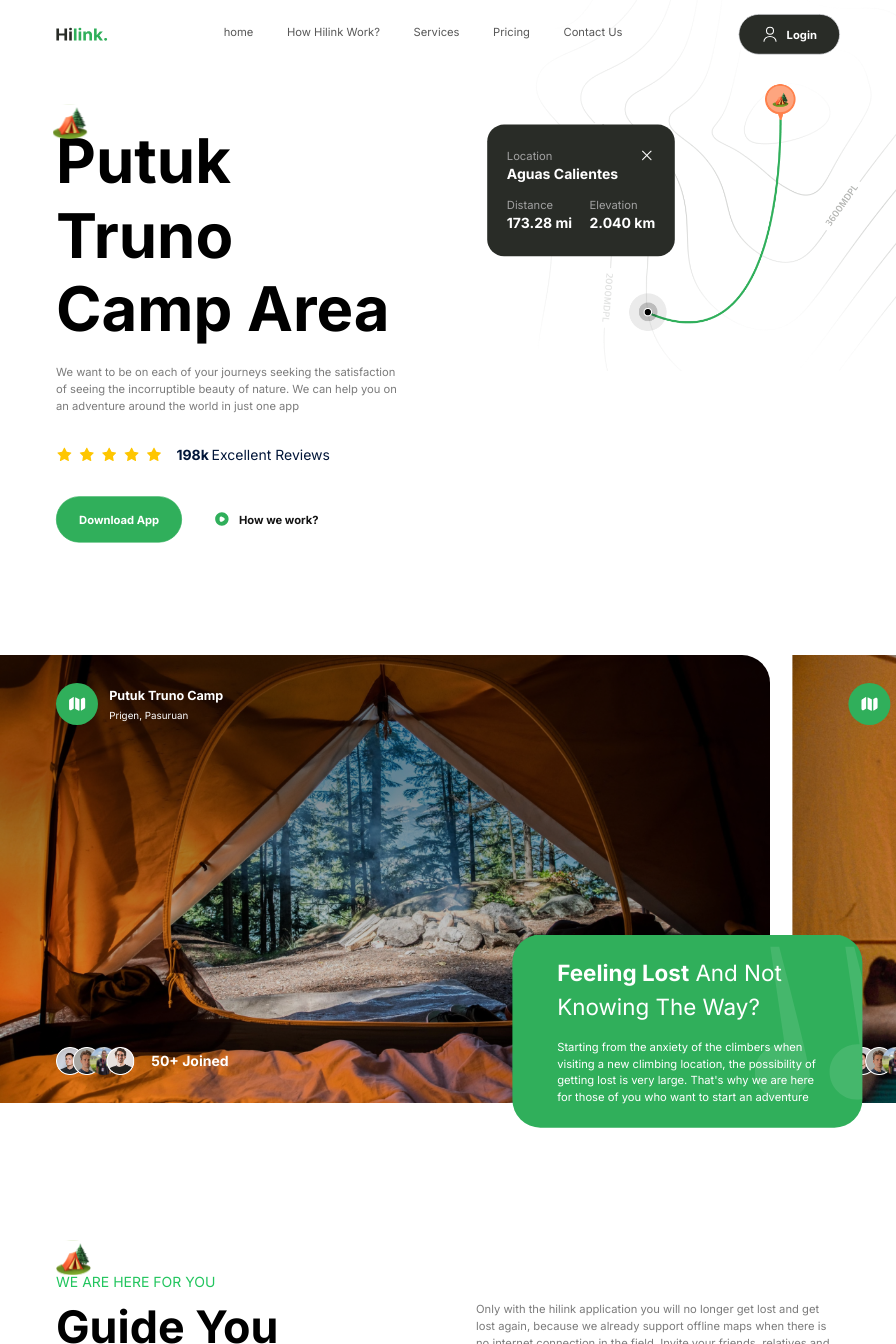
Repository: abdulrahmanmahmood/Travel-App
Page: /
The author's editor kept a copy of each file at every save. The page is drawn from the files as they stood at one save, then again after the next save.
The browser window is 1280 px wide. The pictures show the part of the page from y = 0 to 1920 px (the page is 4955 px tall), at 70% of full size.
The project was rebuilt for these pictures with package versions that can differ from the ones it lists, and the page was loaded fresh each time. The framework's server and built-in components were replaced by stand-ins that run in the browser. Also part of the build but not shown: next.config.js.

Above is the page before, as saved 2023-11-10 11:26:04.

### app/layout.tsx
import './globals.css'
import type { Metadata } from 'next';
import './globals.css'
import Navbar from '@/components/Navbar';
import Footer from '@/components/Footer';


export const metadata: Metadata = {
  title: 'Travel',
  description: 'Travel UI/UX App for camping',
}

export default function RootLayout({
  children,
}: {
  children: React.ReactNode
}) {
  return (
    <html lang="en">
      <body >
        <Navbar/>
        {children}
        <Footer/>
      </body>
    </html>
  )
}

### app/page.tsx
import Features from "@/components/Features"
import GetApp from "@/components/GetApp"
import Guide from "@/components/Guide"
import Hero from "@/components/Hero"
import Camp from "@/components/camp"

export default function Home() {
  return (
    <>
    <Hero/>
    <Camp/>
    <Guide/>
    <Features/>
    <GetApp/>
 </>
  )
}

### app/globals.css
@import url('https://fonts.googleapis.com/css2?family=Inter:wght@400;500;600;700;800&display=swap');

@tailwind base;
@tailwind components;
@tailwind utilities;

* {
  margin: 0;
  padding: 0;
  box-sizing: border-box;
}

body {
  font-family: Inter;
}

@layer utilities {
  .btn_white {
    @apply  border-white bg-white px-8 py-3 text-green-50
  }
  .btn_white_text  {
    @apply  border-white bg-white px-8 py-3 text-gray-90
  }
  .btn_green  {
    @apply  border-green-50 bg-green-50 px-8 py-5 text-white
  }
  .btn_dark_green {
    @apply  bg-green-90 px-8 py-4 text-white transition-all hover:bg-black
  }
  .btn_dark_green_outline  {
    @apply border-gray-20 bg-green-90 px-8 py-5 text-white
  }

  .max-container {
    @apply mx-auto max-w-[1440px];
  }

  .padding-container {
    @apply px-6 lg:px-20 3xl:px-0;
  }

  .flexCenter {
    @apply flex items-center justify-center;
  }

  .flexBetween {
    @apply flex items-center justify-between;
  }

  .flexStart {
    @apply flex items-center justify-start;
  }

  .flexEnd {
    @apply flex items-center justify-end;
  }

  /* FONTS */
  .regular-64 {
    @apply text-[64px] font-[400] leading-[120%];
  }

  .regular-40 {
    @apply text-[40px] font-[400] leading-[120%];
  }

  .regular-32 {
    @apply text-[32px] font-[400];
  }

  .regular-24 {
    @apply text-[24px] font-[400];
  }

  .regular-20 {
    @apply text-[20px] font-[400];
  }

  .regular-18 {
    @apply text-[18px] font-[400];
  }

  .regular-16 {
    @apply text-[16px] font-[400];
  }

  .regular-14 {
    @apply text-[14px] font-[400];
  }

  .medium-14 {
    @apply text-[14px] font-[600];
  }

  .bold-88 {
    @apply text-[88px] font-[700] leading-[120%];
  }

  .bold-64 {
    @apply text-[64px] font-[700] leading-[120%];
  }

  .bold-52 {
    @apply text-[52px] font-[700] leading-[120%];
  }

  .bold-40 {
    @apply text-[40px] font-[700] leading-[120%];
  }

  .bold-32 {
    @apply text-[32px] font-[700] leading-[120%];
  }

  .bold-20 {
    @apply text-[20px] font-[700];
  }

  .bold-18 {
    @apply text-[18px] font-[700];
  }

  .bold-16 {
    @apply text-[16px] font-[700];
  }

  /* Hero */
  .hero-map {
    @apply absolute right-0 top-0 h-screen w-screen bg-pattern-2 bg-cover bg-center md:w-[800px] md:-right-0 md:mt-[50px] xl:-top-60;
  }

  /* Camp */
  .camp-quote {
    @apply absolute -right-6 bottom-4 w-[140px] lg:bottom-10 xl:-right-8 xl:w-[186px] 3xl:right-0;
  }

  /* Feature */
  .feature-phone {
    @apply absolute top-[13%] z-10 hidden max-w-[1500px] rotate-[15deg] md:-left-16 lg:flex  3xl:left-20;
  }

  /* Get App */
  .get-app {
    @apply max-container relative flex w-full  flex-col justify-between gap-32 overflow-hidden bg-green-90 bg-pattern bg-cover bg-center bg-no-repeat px-6 py-12 text-white sm:flex-row sm:gap-12 sm:py-24 lg:px-20 xl:max-h-[598px] 2xl:rounded-5xl;
  }
}

/* Hide scrollbar for Chrome, Safari and Opera */
.hide-scrollbar::-webkit-scrollbar {
  display: none;
}

/* Hide scrollbar for IE, Edge and Firefox */
.hide-scrollbar {
  -ms-overflow-style: none; /* IE and Edge */
  scrollbar-width: none; /* Firefox */
}

### components/Navbar.tsx
import { NAV_LINKS } from "@/constants";
import Image from "next/image";
import Link from "next/link";
import Button from "./Button";

const Navbar = () => {
  return (
    <nav
      className=" flexBetween max-container padding-container relative z-30
    py-5"
    >
      <Link href="/">
        <Image src="/hilink-logo.svg" alt="logo" width={74} height={28} />
      </Link>


      <ul className="flex flex-row flex-wrap gap-5 lg:gap-12">
        {NAV_LINKS.map((link) => (
          <Link
            href={link.href}
            key={link.key}
            className="regular-16 text-gray-50 flexCenter cursor-pointer pb-1.5 transition-all hover:font-bold"
          >
            {link.label}
          </Link>
        ))}
      </ul>
      <div className="lg:flexCenter   ">
        <Button
          type="button"
          title="Login"
          icon="/user.svg"
          variant="btn_dark_green"
        />
      </div>
    </nav>
  );
};


export default Navbar;

### components/Footer.tsx
import { FOOTER_CONTACT_INFO, FOOTER_LINKS, SOCIALS } from "@/constants";
import Image from "next/image";
import Link from "next/link";
import React from "react";

const Footer = () => {
  return (
    <footer className="flexCenter mb-24 ">
      <div className="padding-container max-container flex w-full flex-col gap-14 ">
        <div className="flex flex-col items-start justify-center gap-[10%] md:flex-row ">
          <Link href="/" className="mb-10">
            <Image src="hilink-logo.svg" alt="logo" width={74} height={29} />
          </Link>
          <div className="flex flex-wrap gap-10 sm:justify-between md:flex-1">
            {FOOTER_LINKS.map((columns) => (
              <FooterColumn title={columns.title}>
                <ul className="regular-14 flex flex-col gap-4 text-gray-30">
                  {columns.links.map((link) => (
                    <Link href="/" key={link}>
                      {link}
                    </Link>
                  ))}
                </ul>
              </FooterColumn>
            ))}

            <div className="flex flex-col gap-5">
                    <FooterColumn title={FOOTER_CONTACT_INFO.title}>
                      {FOOTER_CONTACT_INFO.links.map((link)=>(
                        <Link href='/' key={link.label} className="flex gap-4 md:flex-col lg:flex-row">
                        <p className="whitespace-nowrap">
                          {link.label}:
                        </p>
                        <p className="medium-14 whitespace-nowrap text-blue-70">{link.value}</p>
                        </Link>
                      ))}
                    </FooterColumn>
            </div>
            <div className="flex flex-col gap-5 ">
                      <FooterColumn title={SOCIALS.title}>
                          <ul className="regular-14 flex gap-4 text-gray-30">
                            {SOCIALS.links.map((link)=>(
                              <Link href='link' key={link}>
                                <Image src={link} alt="logo" width={24} height={24}/>
                              </Link>
                            ))}
                          </ul>
                      </FooterColumn>
            </div>
          </div>
        </div>
        <div className="border bg-gray-20 "/>
        <p className="regular-14 w-full text-center text-gray-30">2023 Hilink | All rights reserved</p>
      </div>
    </footer>
  );
};
type FooterColumnProps = {
  title: string;
  children: React.ReactNode;
};

const FooterColumn = ({ title, children }: FooterColumnProps) => {
  return (
    <div className="flex flex-col gap-5 ">
      <h4 className="bold-18 whitespace-nowrap">{title}</h4>
      {children}
    </div>
  );
};

export default Footer;

### components/Features.tsx
import { FEATURES } from "@/constants";
import Image from "next/image";
import { title } from "process";

function Features() {
  return (
    <section className=" flex-col  flexCenter overflow-hidden bg-feature-bg bg-center bg-no-repeat py-24">
      <div className="flex max-container padding-container relative w-full justify-end">
        <div className="flex flex-1 lg:min-h-[900px]">
          <Image
            src="/phone.png"
            alt="phone"
            height={1000}
            width={440}
            className="feature-phone"
          />
        </div>
        <div className="z-20 flex w-full flex-col  lg:w-[60%]">
          <div className="relative ">
            <Image
              src="/camp.svg"
              alt="camp"
              width={50}
              height={50}
              className="absolute top-[-30px] left-[5px] w-10 lg:w-[50px]"
            />
            <h2 className="bold-40 lg:bold-64 -mt-1">Our Features</h2>
          </div>
          <ul className="mt-10 grid gap-10 md:grid-cols-2 lg:mt-20 lg:gap-20 ">
            {FEATURES.map((feature) => (
              <FeatureItem
                key={feature.title}
                icon={feature.icon}
                title={feature.title}
                description={feature.description}
              />
            ))}
          </ul>
        </div>
      </div>
    </section>
  );
}
type FeatureItem = {
  title: string;
  icon: string;
  description: string;
};

const FeatureItem = ({ title, icon, description }: FeatureItem) => {
  return(
  <li className="flex w-full flex-1 flex-col items-start">
    <div className="rounded-full p-4 lg:p-7 bg-green-50">
      <Image src={icon} alt="featureItemImage" width={28} height={28}/>
    </div>
    <h2 className="bold-20 lg:bold-32  mt-5 capitalize">{title}</h2>
    <p className="regular-16 mt-5 bg-white/80 text-gray-30 lg:mt-[30px] lg:bg-none">{description}</p>
  </li>)
};

export default Features;

### components/GetApp.tsx
import Image from "next/image";
import Button from "./Button";

function GetApp() {
  return (
    <section className="flexCenter w-full flex-col pb-[100px]">
      <div className="get-app">
        <div className=" z-20 flex w-full flex-1 flex-col items-start justify-center gap-12">
          <h2 className="bold-40 lg:bold-64 xl:max-w-[320px]">
            Get for free now!{" "}
          </h2>
          <p className="regular-16 text-gray-10">
            Available on iOS and Android
          </p>
          <div className="flex w-full flex-col gap-3 whitespace-nowrap xl:flex-row">
            <Button
              type="button"
              title="App Store"
              variant="btn_white"
              icon="/apple.svg"
              full
            />
            <Button
              type="button"
              title="Play Store "
              variant="btn_dark_green_outline"
              icon="/android.svg"
              full
            />
          </div>
        </div>
        <div className="flex flex-1 items-center justify-end">
          <Image src='/phones.png' alt="phones" width={550} height={870}/>
        </div>
      </div>
    </section>
  );
}

export default GetApp;

### components/Guide.tsx
import Image from "next/image";

function Guide() {
  return (
    <section className="flexCenter flex-col">
      <div className=" padding-container max-container w-full pb-24  ">
        <Image src="/camp.svg" alt="camp" width={50} height={50} />
        <p className="uppercase text-xl bold text-green-500 -mt-1 mb-3 ">
          WE ARE here FOR YOU
        </p>
        <div className="flex flex-wrap justify-between gap-5 lg:gap-10">
          <h2 className="capitalize  bold-40 lg:bold-64 xl:max-w-[390px]">
            Guide You to Easy Path
          </h2>
          <p className=" regular-16 text-gray-30 xl:max-w-[520px]">
            Only with the hilink application you will no longer get lost and get
            lost again, because we already support offline maps when there is no
            internet connection in the field. Invite your friends, relatives and
            friends to have fun in the wilderness through the valley and reach
            the top of the mountain
          </p>
        </div>
      </div>
      <div className=" flexCenter max-container relative w-full ">
        <Image
          src="/boat.png"
          alt="image"
          width={1440}
          height={580}
          className="w-full object-cover object-center 2xl:rounded-5"
        />
        <div className="absolute flex bg-white py-8 pl-5 pr-7 gap-3 rounded-3xl border shadow-md md:left-[5%] lg:top-20">
          <Image src='/meter.svg' alt="meter" width={15} height={158} className="h-full w-auto"/>
          <div className="flexBetween flex-col ">
            <div className="flex w-full flex-col">
              <div className="flexBetween w-full ">
                <p className="regular-16 text-gray-500">Destination</p>
                <p className="bold-16 text-green-50">48 min</p>
              </div>
              <p className="bold-20 mt-2 mb-2 ">Aguas Calientes</p>
            </div>
            <div className="flex w-full flex-col">
              <p className="regular-16 text-gray-500 mt-4">Start track</p>
              <h4 className="bold-20 mt-2 whitespace-nowrap">Wonorejo Pasuruan</h4>
            </div>
          I</div>
        </div>
      </div>
    </section>
  );
}

export default Guide;

### components/Hero.tsx
import Image from "next/image";
import Button from "./Button";

function Hero() {
  return (
    <section className="max-container padding-container flex flex-col gap-20 py-10 pb-32 md:gap-28 lg:py-20 xl:flex-row">
      {/* LEFT */}
      <div className="hero-map " />

      <div className="relative z-20 flex flex-1 flex-col xl:w-1/2">
        <Image
          src="/camp.svg"
          alt="camp"
          width={50}
          height={50}
          className="absolute left-[-5px] top-[-30px] w-10 lg:w-[50px]"
        />
        <h1 className="bold-52 lg:bold-88">Putuk Truno Camp Area</h1>
        <p className="regular-16 mt-6 text-gray-30 xl:max-w-[520px]">
          We want to be on each of your journeys seeking the satisfaction of
          seeing the incorruptible beauty of nature. We can help you on an
          adventure around the world in just one app
        </p>
        <div className="my-11 flex flex-wrap gap-5">
          <div className="flex items-center gap-2">
            {Array(5)
              .fill(1)
              .map((_, index) => (
                <Image
                  key={index}
                  src="/star.svg"
                  alt="star"
                  width={24}
                  height={24}
                />
              ))}
          </div>
          <p className="bold-16 lg:bold-20 text-blue-70">
            198k
            <span className="regular-16 lg:regular-20 ml-1 ">
              Excellent Reviews
            </span>
          </p>
        </div>
        <div className="flex flex-col w-full gap-3 sm:flex-row">
          <Button
            type={"button"}
            title={"Download App"}
            variant={"btn_green"}
          />
          <Button
            type={"button"}
            title={"How we work?"}
            variant={"btn_white_text"}
            icon="/play.svg"
          />
        </div>
      </div>

      <div className="relative flex flex-1 items-start ">
        <div className="relative z-20 w-[268px] flex-col gap-8 rounded-3xl bg-green-90 px-7 py-8">
          <div className="fle flex-col">
            <div className="flexBetween">
              <p className="regular-16 text-gray-20">Location</p>
              <Image src="/close.svg" alt="close" width={24} height={24} />
            </div>
            <p className="bold-20 text-white">Aguas Calientes</p>
          </div>

          <div className="flexBetween  pt-4">
            <div className="flex flex-col">
              <p className="regular-16 block text-gray-20">Distance</p>
              <p className="bold-20 text-white">173.28 mi</p>
            </div>
            <div className="flex flex-col">
              <p className="regular-16 block text-gray-20">Elevation</p>
              <p className="bold-20 text-white">2.040 km</p>
            </div>
          </div>
        </div>
      </div>
    </section>
  );
}

export default Hero;

### components/camp.tsx
import { PEOPLE_URL } from "@/constants";
import Image from "next/image";
import { type } from "os";

interface CampProps {
  backgroundImage: string;
  title: string;
  subtitle: string;
  peoplejoined: string;
}

const CampSite = ({
  backgroundImage,
  title,
  subtitle,
  peoplejoined,
}: CampProps) => {
  return (
    <div
      className={`h-full w-full min-w-[1100px] ${backgroundImage} bg-cover bg-no-repeat lg:rounded-r-5xl 2xl:rounded-5xl `}
    >
      <div className="flex h-full flex-col items-start justify-between p-6 lg:px-20 lg:py-10 ">
        <div className=" flexCenter gap-4">
          <div className="rounded-full bg-green-50 p-4">
            <Image src="/folded-map.svg" alt="folded" height={28} width={28} />
          </div>
          <div className="flex flex-col gap-1">
            <h4 className="bold-18 text-white">{title}</h4>
            <p className="regular-14 text-white">{subtitle}</p>
          </div>
        </div>
        <div className="flexCenter gap-6 ">
          <span className="flex -space-x-4 overflow-hidden">
            {PEOPLE_URL.map((url, index) => (
              <Image
                src={url}
                key={index}
                height={53}
                width={53}
                alt="alt"
                className="inline-block h-10 w-10 r-4"
              />
            ))}
          </span>
          <p className="bold-16 md:bold-20 text-white">{peoplejoined}</p>
        </div>
      </div>
    </div>
  );
};

function camp() {
  return (
    <section className=" 2xl:max-container relative flex flex-col py-10 lg-mb-10 lg:py-20 xl:mb-20">
      <div className="hide-scrollbar flex h-[340px] w-full items-start justify-start gap-8 overflow-x-auto lg:h[400px] xl:h-[640px]">
        <CampSite
          backgroundImage="bg-bg-img-1"
          title="Putuk Truno Camp"
          subtitle="Prigen, Pasuruan"
          peoplejoined="50+ Joined"
        />
        <CampSite
          backgroundImage="bg-bg-img-2"
          title="Mountain View Camp"
          subtitle="Somewhere in the Wilderness"
          peoplejoined="50+ Joined"
        />
      </div>

      <div className=" flexEnd  mt-10 px-6 lg:-mt-60 lg:mr-6 ">
        <div
          className="bg-green-50 p-8 lg:max-w-[500px] xl:max-[734px]
        xl:rounded-5xl xl:px-16 px:py-20 relative w-full overflow-hidden rounded-3xl "
        >
          <h2 className="regular-24 md:regular-32 2xl:regular-64 text-white capitalize">
            <strong>Feeling Lost</strong> And Not Knowing The Way?
          </h2>
          <p className="regular-14 xl:regular-16 mt-5 text-white">
            Starting from the anxiety of the climbers when visiting a new
            climbing location, the possibility of getting lost is very large.
            That's why we are here for those of you who want to start an
            adventure
          </p>
          <Image
            src="/quote.svg"
            alt="camp-2"
            width={186}
            height={219}
            className="camp-quote"
          />
        </div>
      </div>
    </section>
  );
}

export default camp;

### constants/index.ts
export const NAV_LINKS = [
  {href:"/", key:"home", label:"home"},
  { href: '/', key: 'how_hilink_work', label: 'How Hilink Work?' },
  { href: '/', key: 'services', label: 'Services' },
  { href: '/', key: 'pricing ', label: 'Pricing ' },
  { href: '/', key: 'contact_us', label: 'Contact Us' },
]

export const PEOPLE_URL = [
  '/person-1.png',
  '/person-2.png',
  '/acpc-modified (1).png',
  '/person-4.png',
];


export const FEATURES = [
  {
    title: 'Real maps can be offline',
    icon: '/map.svg',
    variant: 'green',
    description:
      'We provide a solution for you to be able to use our application when climbing, yes offline maps you can use at any time there is no signal at the location',
  },
  {
    title: 'Set an adventure schedule',
    icon: '/calendar.svg',
    variant: 'green',
    description:
      "Schedule an adventure with friends. On holidays, there are many interesting offers from Hilink. That way, there's no more discussion",
  },
  {
    title: 'Technology using augment reality',
    icon: '/tech.svg',
    variant: 'green',
    description:
      'Technology uses augmented reality as a guide to your hiking trail in the forest to the top of the mountain. Already supported by the latest technology without an internet connection',
  },
  {
    title: 'Many new locations every month',
    icon: '/location.svg',
    variant: 'orange',
    description:
      'Lots of new locations every month, because we have a worldwide community of climbers who share their best experiences with climbing',
  },
];


export const FOOTER_LINKS = [
  {
    title: 'Learn More',
    links: [
      'About Hilink',
      'Press Releases',
      'Environment',
      'Jobs',
      'Privacy Policy',
      'Contact Us',
    ],
  },
  {
    title: 'Our Community',
    links: ['Climbing xixixi', 'Hiking hilink', 'Hilink kinthill'],
  },
];

export const FOOTER_CONTACT_INFO = {
  title: 'Contact Us',
  links: [
    { label: 'Admin Officer', value: '123-456-7890' },
    { label: 'Email Officer', value: 'hilink@akinthil.com' },
  ],
};

export const SOCIALS = {
  title: 'Social',
  links: [
    '/facebook.svg',
    '/instagram.svg',
    '/twitter.svg',
    '/youtube.svg',
    '/wordpress.svg',
  ],
};

### components/Button.tsx
import Image from "next/image";

type ButtonProps = {
  type: "button" | "submit";
  title: string;
  icon?: string;
  variant: string;
  full?:boolean;
};

function Button({ type, title, icon, variant, full }: ButtonProps) {
  return (
    <button
      type={type}
      className={`flexCenter gap-3 rounded-full border ${variant} ${full && 'w-full'}`}
    >
      {icon && <Image src={icon} alt={title} width={24} height={24} />}
      <label className="bold-16 whitespace-nowrap cursor-pointer">{title}</label>
    </button>
  );
}

export default Button;

Loaded but not shown: tailwind.config.ts (common file)

After the next save:
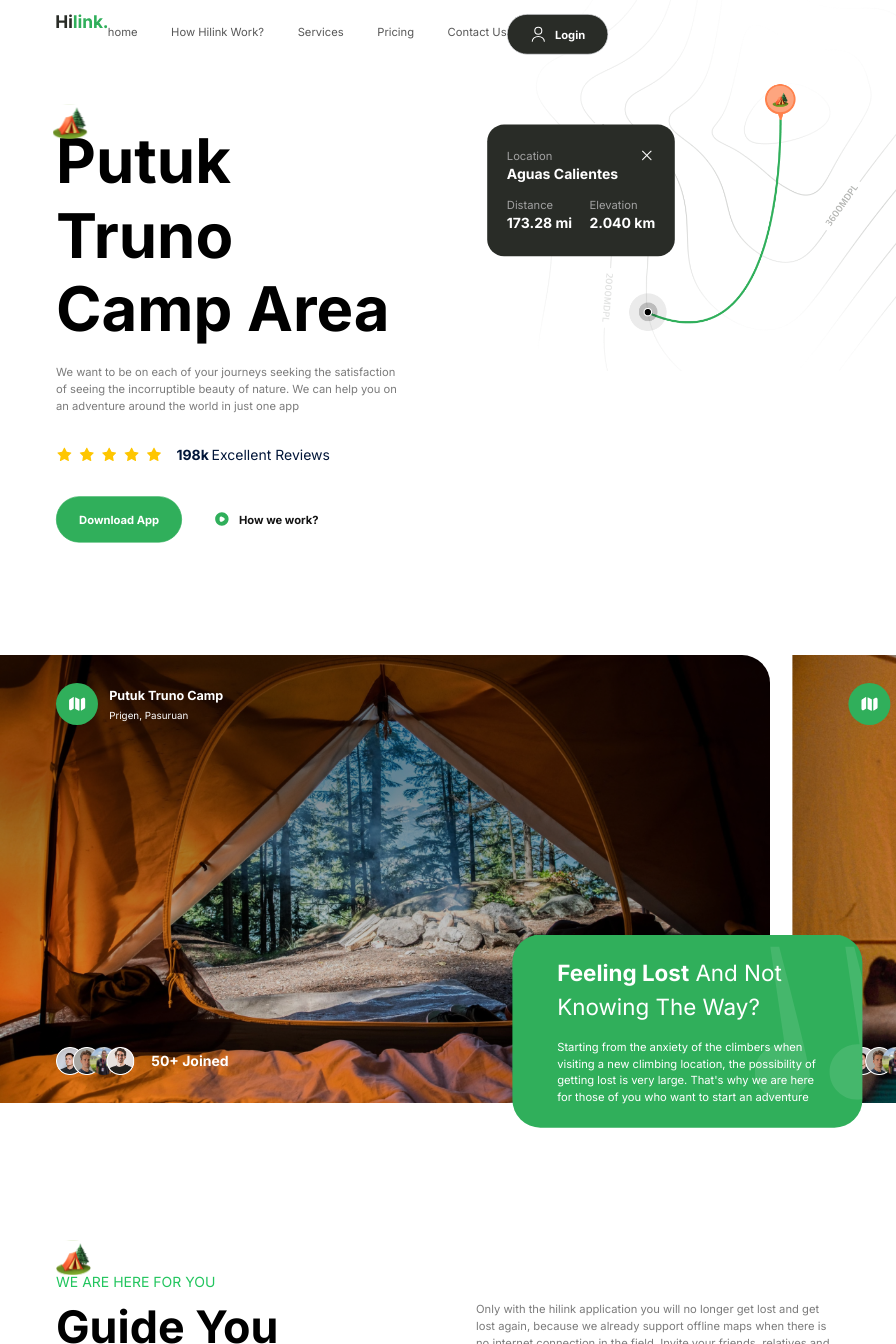
Saved 39 s later.
--- a/components/Navbar.tsx
+++ b/components/Navbar.tsx
@@ -6,7 +6,7 @@
 const Navbar = () => {
   return (
     <nav
-      className=" flexBetween max-container padding-container relative z-30
+      className=" flex flex-row flex-wrap max-container padding-container relative z-30
     py-5"
     >
       <Link href="/">
